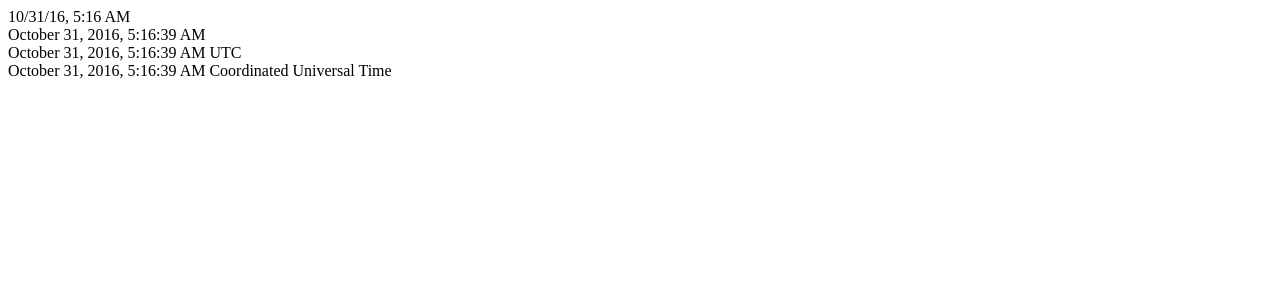
Repository: kimjaejoo/Tacademy
Page: http://localhost/MyServer/custom2.jsp
An editor plug-in stored every save of this project. The page is shown before and after the next save, followed by the edit.
The browser window is 1280 px wide. The pictures show the whole page.
The page is served by Tomcat 9. Nobody is signed in. The application's start-up code is not run.

Above is the page before, as saved 2016-11-04 04:38:48.

After the next save:
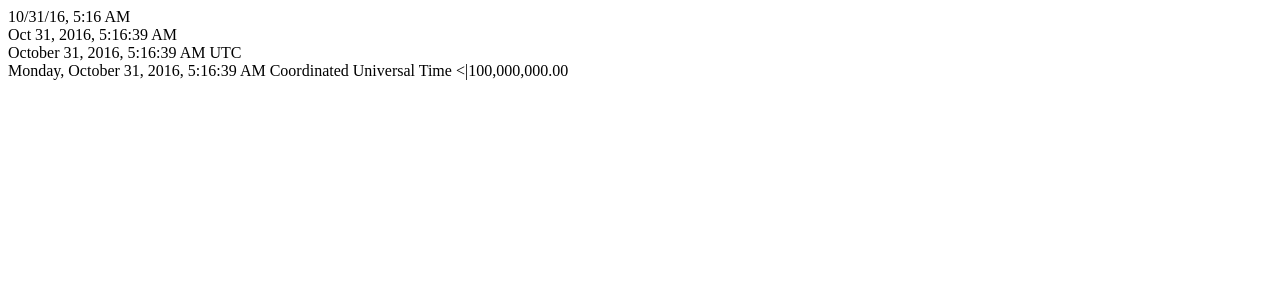
Saved 103 s later.
--- a/MyServer/WebContent/custom2.jsp
+++ b/MyServer/WebContent/custom2.jsp
@@ -8,6 +8,9 @@
 <!-- 시간포맷팅 -->
 <c:set var="date" value="<%= new Date() %>"/>
 <fmt:formatDate value="${date }" type="both" dateStyle="short" timeStyle="short"/> <br />
-<fmt:formatDate value="${date }" type="both" dateStyle="long" timeStyle="medium"/>	<br />
+<fmt:formatDate value="${date }" type="both" dateStyle="medium" timeStyle="medium"/>	<br />
 <fmt:formatDate value="${date }" type="both" dateStyle="long" timeStyle="long"/> <br />
-<fmt:formatDate value="${date }" type="both" dateStyle="long" timeStyle="full"/>
+<fmt:formatDate value="${date }" type="both" dateStyle="full" timeStyle="full"/>
+
+<!-- 숫자 -->
+<<fmt:formatNumber value="100000000" type="currency" currencySymbol="|" />
